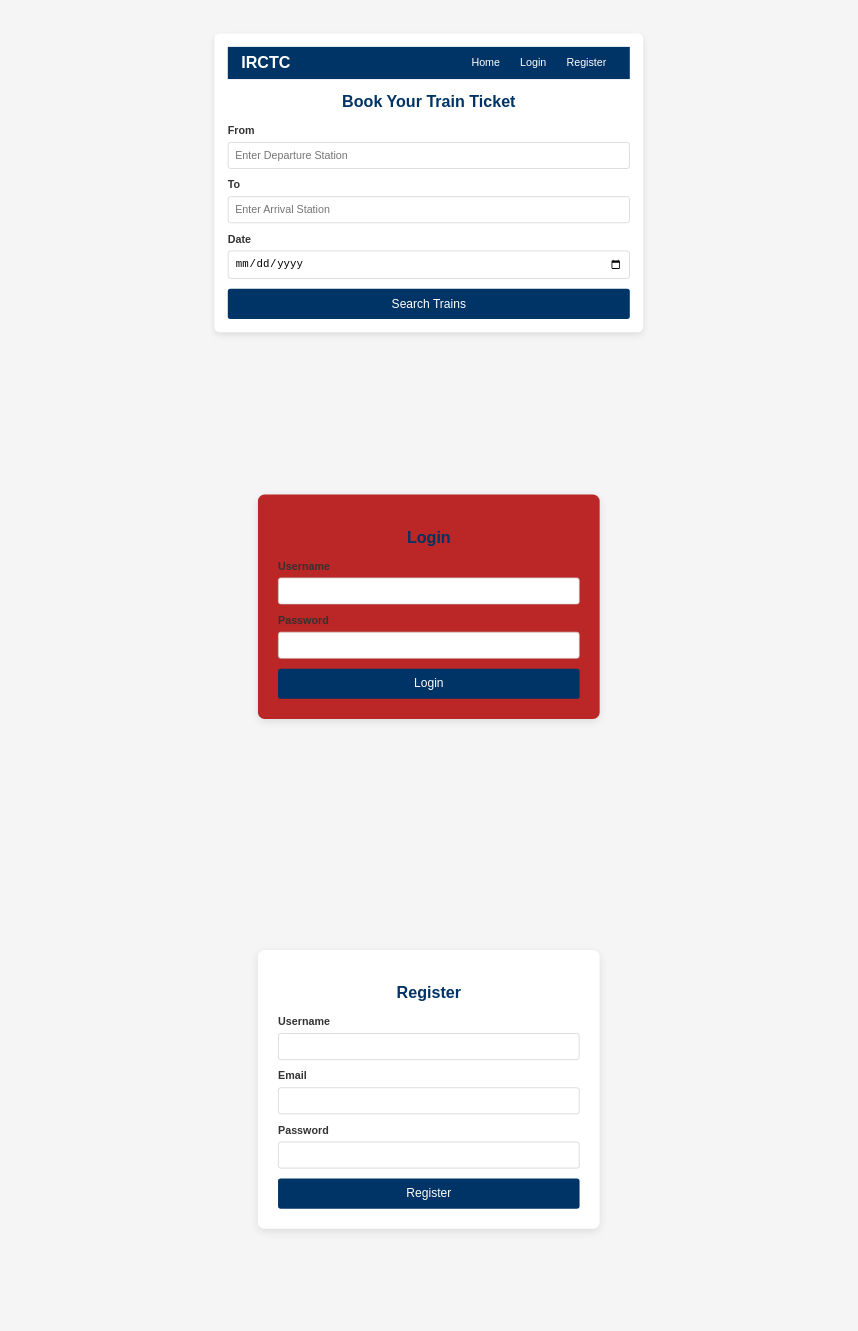
Repository: ssaddamhuss100/IRCTC-Clone
Page: /
An editor plug-in stored every save of this project. The page is shown before and after a run of saves, followed by the edit.
The browser window is 1280 px wide. The pictures show the whole page, at 67% of full size.
The project was rebuilt for these pictures with package versions that can differ from the ones it lists, and the page was loaded fresh each time. Also part of the build but not shown: vite.config.js, src/components/Header/Header.css, src/components/Header/Header.jsx.

Above is the page before, as saved 2025-01-19 11:56:39.

### src/App.jsx
import React, { useEffect } from "react";
import Homepage from "./pages/Homepage/Homepage";
import Login from "./pages/Login/Login";
import Register from "./pages/Register/Register";
import Header from "./components/Header/Header";


const App = () => {
  return (
    <div>
      {/* <Header/> */}
      <Homepage/>
      <Login/>
      <Register/>
    </div>
  );
};

export default App;

### src/pages/Homepage/Homepage.jsx
import React from "react";
import "./HomePage.css";
import Navbar from "../../components/Navbar/Navbar";
const HomePage = () => {

  return (
    <div className="homepage">
      <Navbar/>
      <h2>Book Your Train Ticket</h2>
      <form>
        <div className="form-group">
          <label htmlFor="from">From</label>
          <input
            type="text"
            id="from"
            placeholder="Enter Departure Station"
            required
          />
        </div>
        <div className="form-group">
          <label htmlFor="to">To</label>
          <input
            type="text"
            id="to"
            placeholder="Enter Arrival Station"
            required
          />
        </div>
        <div className="form-group">
          <label htmlFor="date">Date</label>
          <input type="date" id="date" required />
        </div>
        <button type="submit">Search Trains</button>
      </form>
    </div>
  );
};


export default HomePage;

### src/pages/Login/Login.jsx
import React from "react";
import "./Login.css";

const Login = () => {
  return (
    <div className="login-container">
      <div className="login-box">
        <h2>Login</h2>

        <form>

          <div className="form-group">
            <label htmlFor="username">Username</label>
            <input type="text" id="username" required />
          </div>

          <div className="form-group">
            <label htmlFor="password">Password</label>
            <input type="password" id="password" required />
          </div>

          <button type="submit">Login</button>

        </form>

      </div>
    </div>
  );
};

export default Login;

### src/pages/Register/Register.jsx
import React from "react";
import "./Register.css";

const Register = () => {
  return (
    <div className="register-container">
      <div className="register-box">
        <h2>Register</h2>

        <form>

          <div className="form-group">
            <label htmlFor="username">Username</label>
            <input type="text" id="username" required />
          </div>

          <div className="form-group">
            <label htmlFor="email">Email</label>
            <input type="email" id="email" required />
          </div>

          <div className="form-group">
            <label htmlFor="password">Password</label>
            <input type="password" id="password" required />
          </div>

          <button type="submit">Register</button>

        </form>

      </div>
    </div>
  );
};

export default Register;

### src/pages/Homepage/Homepage.css
body {
  margin: 0;
  font-family: Arial, sans-serif;
  background-color: #f5f5f5;
}

.homepage {
  background-color: white;
  padding: 20px;
  margin: 50px auto;
  border-radius: 8px;
  max-width: 600px;
  box-shadow: 0 4px 10px rgba(0, 0, 0, 0.1);
}

h2 {
  color: #003366;
  text-align: center;
  margin-bottom: 20px;
  font-size: 24px;
  font-weight: 700;
}

form {
  display: flex;
  flex-direction: column;
  gap: 15px;
}

.form-group {
  display: flex;
  flex-direction: column;
}

.form-group label {
  font-size: 16px;
  font-weight: 600;
  color: #333;
  margin-bottom: 8px;
}

.form-group input {
  padding: 10px;
  border: 1px solid #ccc;
  border-radius: 4px;
  font-size: 16px;
  transition: border-color 0.3s;
}

.form-group input:focus {
  border-color: #003366;
}

button[type="submit"] {
  background-color: #003366;
  color: white;
  padding: 12px;
  border: none;
  border-radius: 4px;
  font-size: 18px;
  cursor: pointer;
  transition: background-color 0.3s;
}

button[type="submit"]:hover {
  background-color: #005b99;
}

@media (max-width: 768px) {
  .homepage {
    margin: 20px;
    padding: 15px;
  }
}

### src/components/navbar/Navbar.jsx
import React from "react";
import "./Navbar.css";
import Login from "../../pages/Login/Login";
import Register from "../../pages/Register/Register";

const Navbar = () => {
  return (
    <nav className="navbar">
      <h1>IRCTC</h1>
      <ul>
        <li>
          <a href="/">Home</a>
        </li>
        <li>
          <a href="/login">Login</a>
        </li>
        <li>
          <a href="/register">Register</a>
        </li>
      </ul>
    </nav>
  );
};

export default Navbar;

### src/pages/Login/Login.css
/* Outer container to center the form on the page */
.login-container {
  display: flex;
  justify-content: center; /* Center horizontally */
  align-items: center; /* Center vertically */
  min-height: 100vh; /* Full viewport height */
  background-color: #f5f5f5; /* Light gray background */
}

/* Form box layout similar to IRCTC */
.login-box {
  background-color: #bb2626; /* White background for form */
  padding: 30px;
  border-radius: 10px; /* Rounded corners */
  box-shadow: 0 4px 12px rgba(0, 0, 0, 0.1); /* Soft shadow */
  width: 100%; /* Full width of container */
  max-width: 450px; /* Max width to limit form size */
}

/* Form heading */
.login-box h2 {
  text-align: center;
  color: #003366; /* IRCTC blue color for heading */
  margin-bottom: 20px;
}

### src/pages/Register/Register.css
/* Outer container to center the form on the page */
.register-container {
    display: flex;
    justify-content: center; /* Center horizontally */
    align-items: center; /* Center vertically */
    min-height: 100vh; /* Full viewport height */
    background-color: #f5f5f5; /* Light gray background */
  }

  /* Form box layout similar to IRCTC */
  .register-box {
    background-color: #ffffff; /* White background for form */
    padding: 30px;
    border-radius: 10px; /* Rounded corners */
    box-shadow: 0 4px 12px rgba(0, 0, 0, 0.1); /* Soft shadow */
    width: 100%; /* Full width of container */
    max-width: 450px; /* Max width to limit form size */
  }

  /* Form heading */
  .register-box h2 {
    text-align: center;
    color: #003366; /* IRCTC blue color for heading */
    margin-bottom: 20px;
  }

### src/components/navbar/navbar.css
.navbar {
    display: flex;
    justify-content: space-between;
    align-items: center;
    background-color: #003366;
    padding: 10px 20px;
    color: white;
  }

  .navbar h1 {
    margin: 0;
  }

  .navbar ul {
    list-style-type: none;
    margin: 0;
    padding: 0;
    display: flex;
  }

  .navbar li {
    margin: 0 15px;
  }

  .navbar a {
    color: white;
    text-decoration: none;
    font-size: 16px;
  }

  .navbar a:hover {
    text-decoration: underline;
  }

Loaded but not shown: index.html (common file); src/main.jsx (common file)

After the next 2 saves:
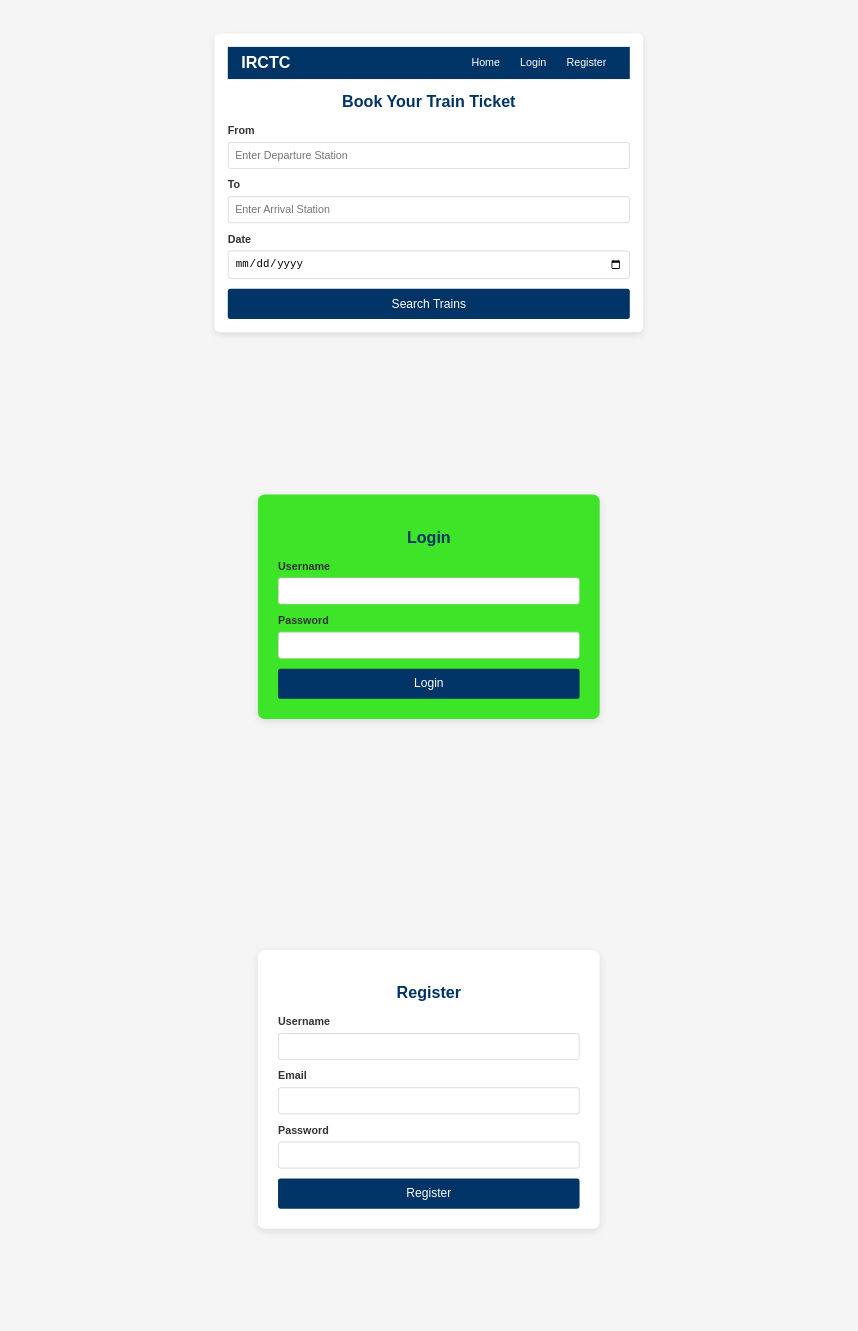
The 2 saves are shown as one change because they came seconds apart.
The last was saved 13 s later.
--- a/src/pages/Login/Login.css
+++ b/src/pages/Login/Login.css
@@ -9,7 +9,7 @@
 
 /* Form box layout similar to IRCTC */
 .login-box {
-  background-color: #bb2626; /* White background for form */
+  background-color: #3de427; /* White background for form */
   padding: 30px;
   border-radius: 10px; /* Rounded corners */
   box-shadow: 0 4px 12px rgba(0, 0, 0, 0.1); /* Soft shadow */
